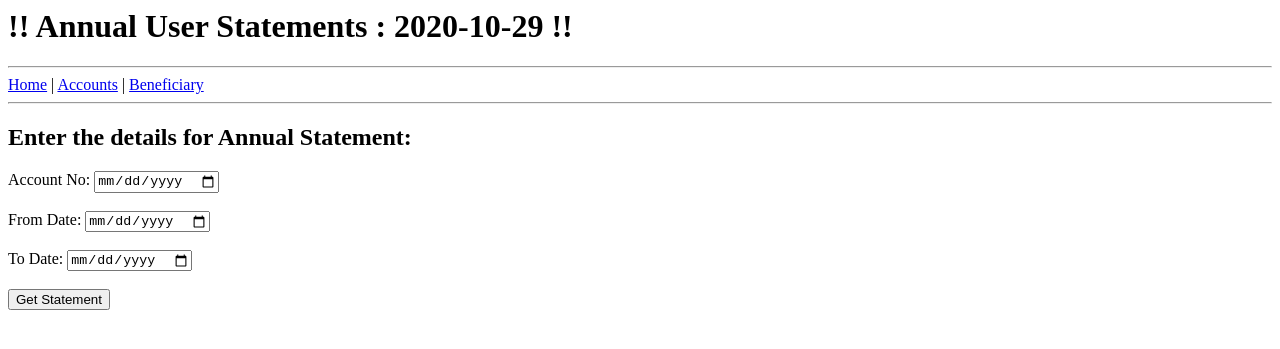
Repository: anik84/ibs
Page: http://localhost/IBS/user_annual_statement_display_form.jsp
The author's editor kept a copy of each file at every save. The page is drawn from the files as they stood at one save, then again after the next save.
The browser window is 1280 px wide. The pictures show the whole page.
The page is served by Tomcat 9.

Above is the page before, as saved 2020-10-29 10:01:30.

After the next save:
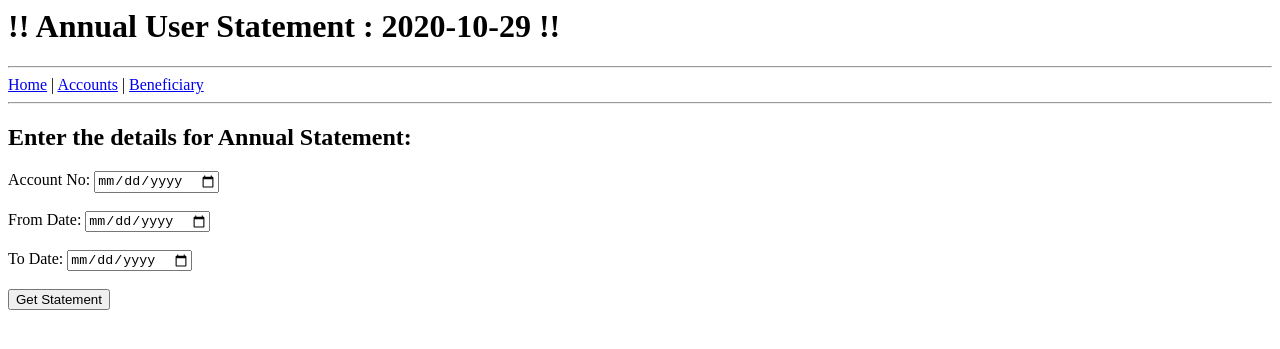
Saved 88 s later.
--- a/IBS_JSPs/IBS/WebContent/user_annual_statement_display_form.jsp
+++ b/IBS_JSPs/IBS/WebContent/user_annual_statement_display_form.jsp
@@ -5,7 +5,7 @@
 </head>
 <body>
 	<h1>
-		!! Annual User Statements :
+		!! Annual User Statement :
 		<%=LocalDate.now()%>
 		!!
 	</h1>
